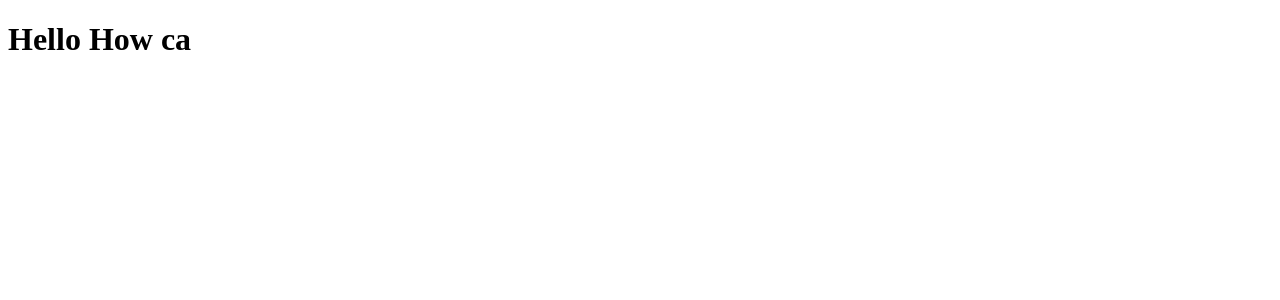
Repository: Rashmi-apagundi/Gsoc-Preperation
Page: index.html
An editor plug-in stored every save of this project. The page is shown before and after a run of saves, followed by the edit.
The browser window is 1280 px wide. The pictures show the whole page.

Above is the page before, as saved 2026-02-09 23:33:51.

### index.html
<!DOCTYPE html>
<html lang="en">
<head>
    <meta charset="UTF-8">
    <meta name="viewport" content="width=device-width, initial-scale=1.0">
    <h1>Hello How ca</h1>
</head>
<body>

</body>
</html>

After the next 2 saves:
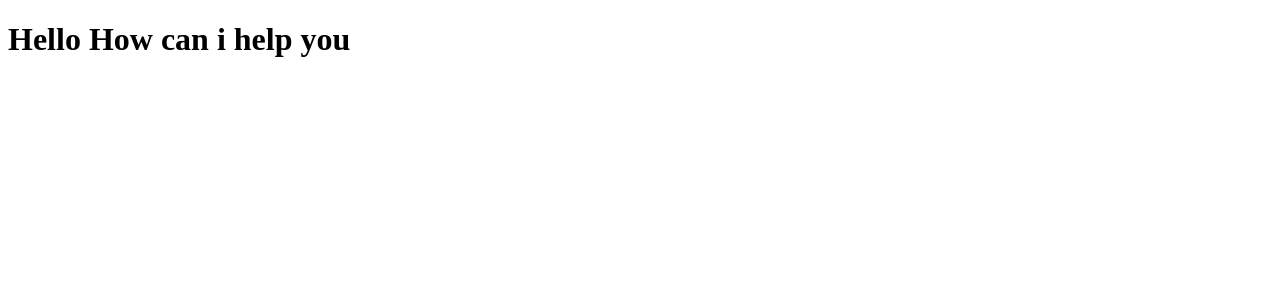
The 2 saves are shown as one change because they came seconds apart.
The last was saved 8 s later.
--- a/index.html
+++ b/index.html
@@ -3,7 +3,7 @@
 <head>
     <meta charset="UTF-8">
     <meta name="viewport" content="width=device-width, initial-scale=1.0">
-    <h1>Hello How ca</h1>
+    <h1>Hello How can i help you</h1>
 </head>
 <body>
 
